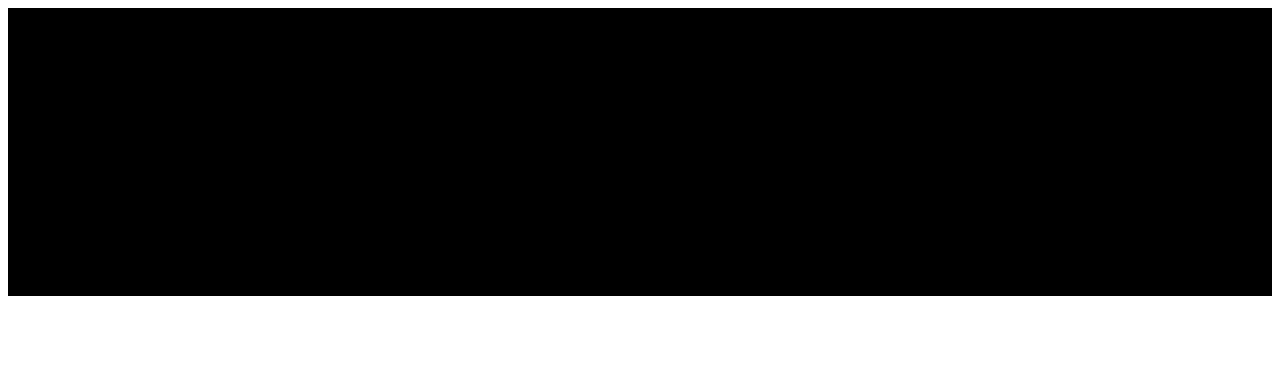
Repository: bartosz1919/banner_js
Page: index.html
These files come from the project's save history. The page is drawn as it stood at one moment and after the next save; the edit follows.
The browser window is 1280 px wide. The pictures show the whole page.
The style sheet was rebuilt from its Sass, Less or Tailwind sources for each picture, by a compiler version that may differ from the author's.

Above is the page before, as saved 2020-04-11 14:50:09.

After the next save:
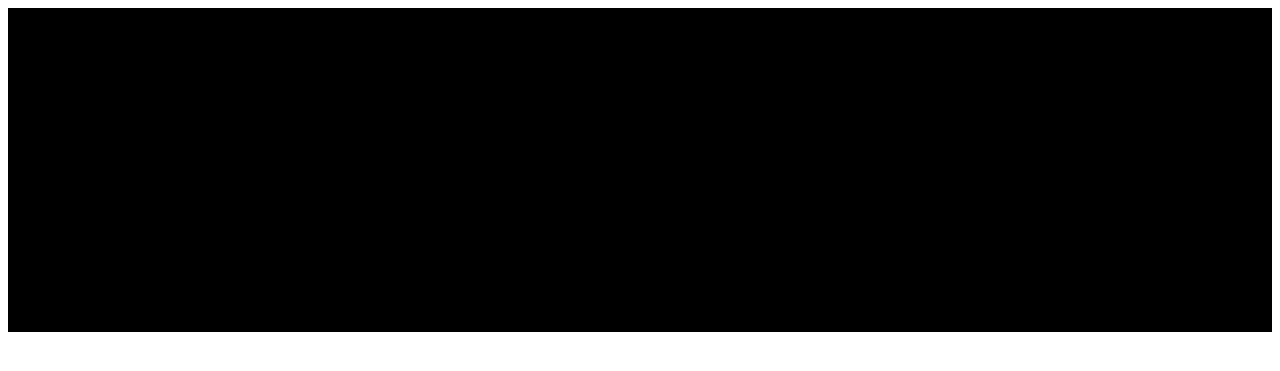
Saved 1 s later.
--- a/scss/style.scss
+++ b/scss/style.scss
@@ -1,5 +1,5 @@
 .hero {
-    height: 40vh;
+    height: 45vh;
     width: 100%;
     background-color: #000;
 }
